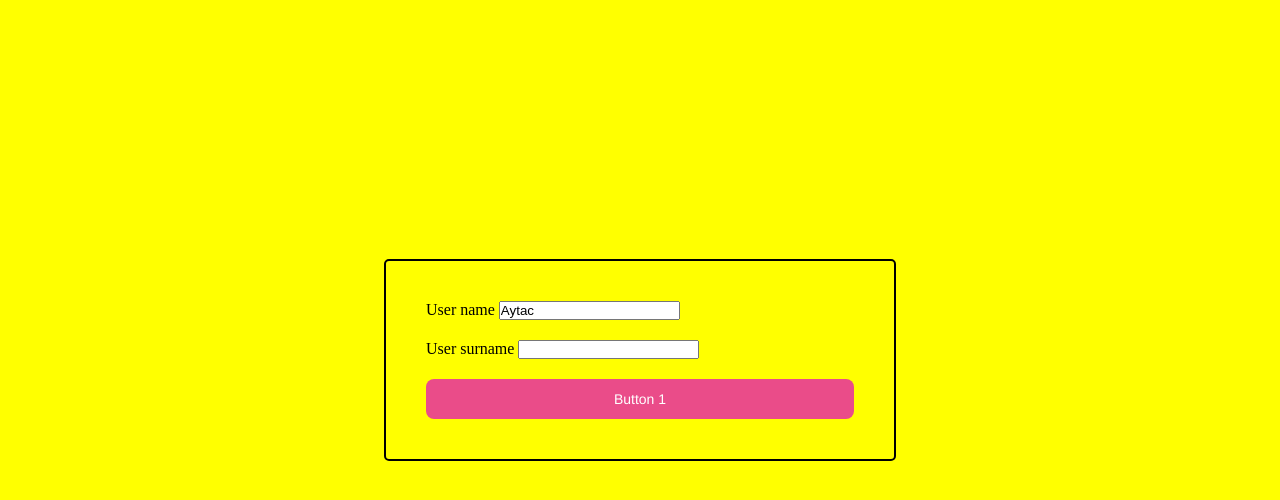
Repository: AytacSafarova/Figma--task
Page: index.html
An editor plug-in stored every save of this project. The page is shown before and after the next save, followed by the edit.
The browser window is 1280 px wide. The pictures show the whole page.

Above is the page before, as saved 2023-08-04 15:45:51.

### index.html
<!DOCTYPE html>
<html lang="en">

<head>
    <meta charset="UTF-8">
    <meta name="viewport" content="width=device-width, initial-scale=1.0">
    <title>Document</title>
    <link rel="stylesheet" href="./index.css">
</head>
<body>
    <div class="container">
     <form action="">
        <label for="user-name">
            User name
            <input placeholder="adi daxil edin" name="user-name" type="text" value="Aytac">
        </label>
        <label for="user-surname">
            User surname
            <input name="user-surname" type="text">
        </label>
        <button class="button-1" role="button">Button 1</button>

     </form>
    </div>
</body>
<script src="index.js"></script>

</html>

### index.css
@import url("https://fonts.googleapis.com/css2?family=Roboto&family=Roboto+Slab:wght@700&display=swap");
* {
  margin: 0;
  padding: 0;
  box-sizing: border-box;
}
.container {
  /* padding: 214px 0 231px 121px; */
  width: 100%;
  min-height: 100vh;
  display: flex;
  justify-content:center;
  align-items: center;
  background-color: yellow;
}
.container h1 {
  color: #000;
  font-family: Roboto Slab;
  font-size: 55px;
  font-style: normal;
  font-weight: 700;
  line-height: 101.385%;
}
.container ul {
  margin-top: 62px;
  width: 672px;
}
.container ul li {
  color: #000;
  font-family: Roboto;
  font-size: 24px;
  font-style: normal;
  font-weight: 400;
  line-height: 150%;
}

/* tablet style */
@media screen and (max-width:1024px) {
  .container {
    padding: 127px 0 160px 65px;
  }
  .container h1 {
    font-size: 32px;
  }
  .container ul {
    margin-top: 20px;
    width: 398px;
  }
  .container ul li {
    font-size: 14px;
  }
}

/* mobile style */
@media screen and (max-width: 768px) {

}


span{
  background-color: violet;
  /* display: inline; */
}
.child{
  background-color: teal;
  width: 300px;
  height: 200px;
  margin-right: 20px;

  color: white;
  font-size: 40px;
}

form{
width: 40%;
padding: 40px;
border-radius: 5px;
border:  2px solid black;
display: flex;
flex-direction: column;
gap: 20px;
}


/* CSS */
.button-1 {
  width: ;
  background-color: #EA4C89;
  border-radius: 8px;
  border-style: none;
  box-sizing: border-box;
  color: #FFFFFF;
  cursor: pointer;
  display: inline-block;
  font-family: "Haas Grot Text R Web", "Helvetica Neue", Helvetica, Arial, sans-serif;
  font-size: 14px;
  font-weight: 500;
  height: 40px;
  line-height: 20px;
  list-style: none;
  margin: 0;
  outline: none;
  padding: 10px 16px;
  position: relative;
  text-align: center;
  text-decoration: none;
  transition: color 100ms;
  vertical-align: baseline;
  user-select: none;
  -webkit-user-select: none;
  touch-action: manipulation;
}

.button-1:hover,
.button-1:focus {
  background-color: #F082AC;
}

Loaded but not shown: index.js (no stored copy; drawn as an empty file)

After the next save:
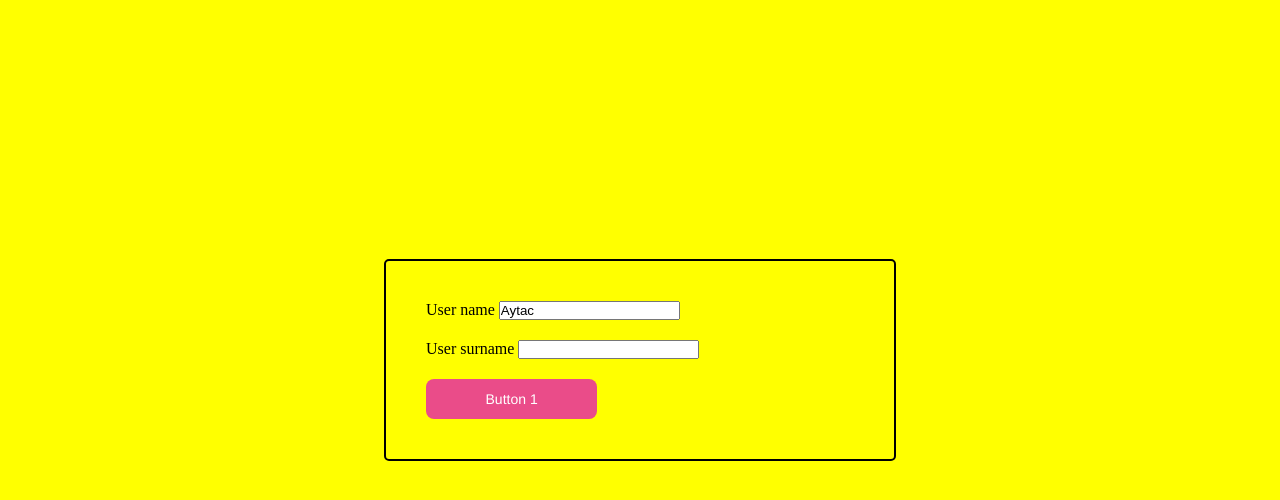
Saved 5 s later.
--- a/index.css
+++ b/index.css
@@ -84,7 +84,7 @@ gap: 20px;
 
 /* CSS */
 .button-1 {
-  width: ;
+  width: 40%;
   background-color: #EA4C89;
   border-radius: 8px;
   border-style: none;
